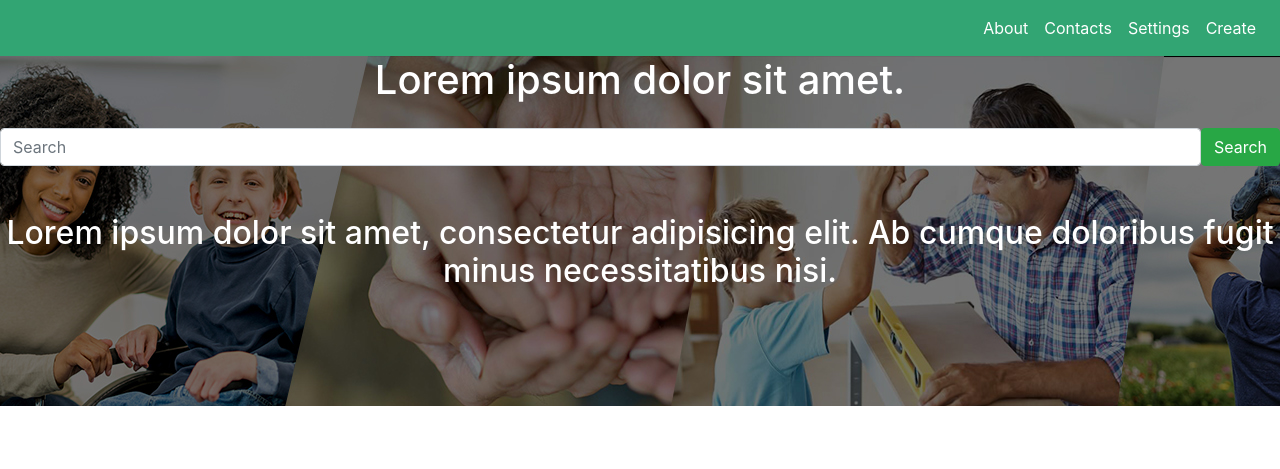
Repository: abduvali-aminov/fond
Page: http://localhost/main
These files come from the project's save history. The page is drawn as it stood at one moment and after a run of saves; the edit follows.
The browser window is 1280 px wide. The pictures show the whole page.
The page is served by the project's Laravel application, run on PHP 8.4 with Laravel 8.

Above is the page before, as saved 2021-01-18 12:33:27.

After the next 3 saves:
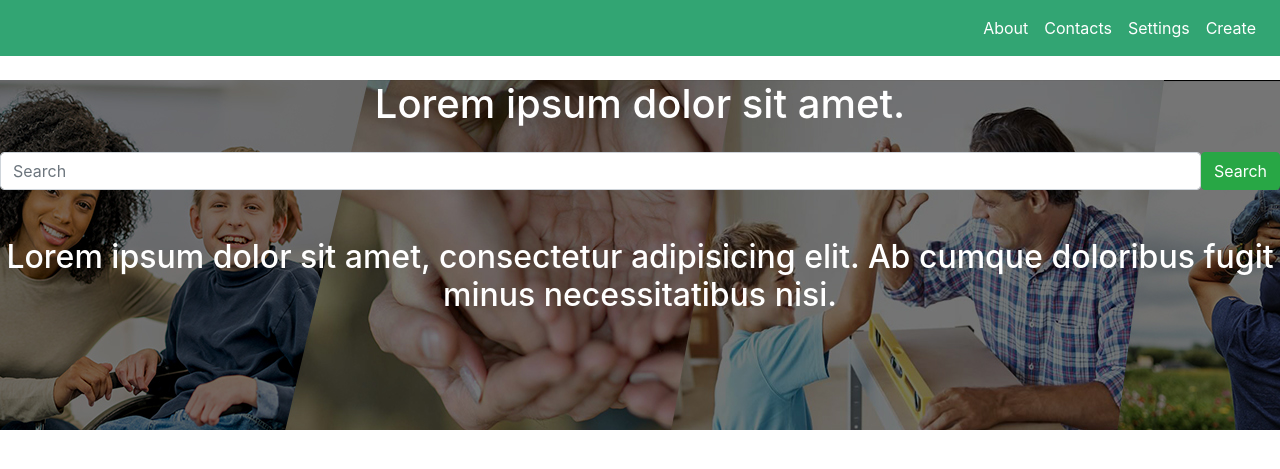
The 3 saves are shown as one change because they came seconds apart.
The last was saved 2 min 31 s later.
--- a/resources/views/main/index.blade.php
+++ b/resources/views/main/index.blade.php
@@ -2,7 +2,7 @@
 @section('content')
 
     <div  style="height: 350px;background-image:url('{{ asset('images/photo_3.jpg') }}');position:relative">
-        <center>
+        <center class="mt-4">
             <h1 class="text-white">Lorem ipsum dolor sit amet.</h1>
                 <form class="d-flex mt-4">
                     <input class="form-control" type="search" placeholder="Search" aria-label="Search">

After the save that followed:
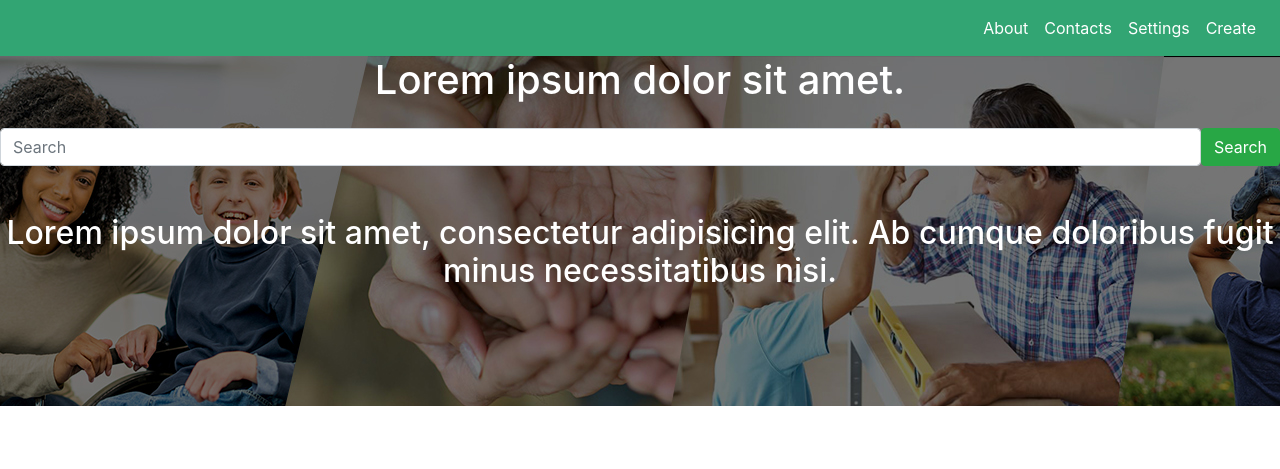
Saved 9 s later.
--- a/resources/views/main/index.blade.php
+++ b/resources/views/main/index.blade.php
@@ -2,13 +2,13 @@
 @section('content')
 
     <div  style="height: 350px;background-image:url('{{ asset('images/photo_3.jpg') }}');position:relative">
-        <center class="mt-4">
+        <center>
             <h1 class="text-white">Lorem ipsum dolor sit amet.</h1>
                 <form class="d-flex mt-4">
                     <input class="form-control" type="search" placeholder="Search" aria-label="Search">
                     <button class="btn btn-success" type="submit">Search</button>
                 </form>
-                <h2 class="text-center text-white mt-5">Lorem ipsum dolor sit amet, consectetur adipisicing elit. Ab cumque doloribus fugit minus necessitatibus nisi.</h2>
+                 <h2 class="text-center text-white mt-5">Lorem ipsum dolor sit amet, consectetur adipisicing elit. Ab cumque doloribus fugit minus necessitatibus nisi.</h2>
         </center>
     </div>
 
